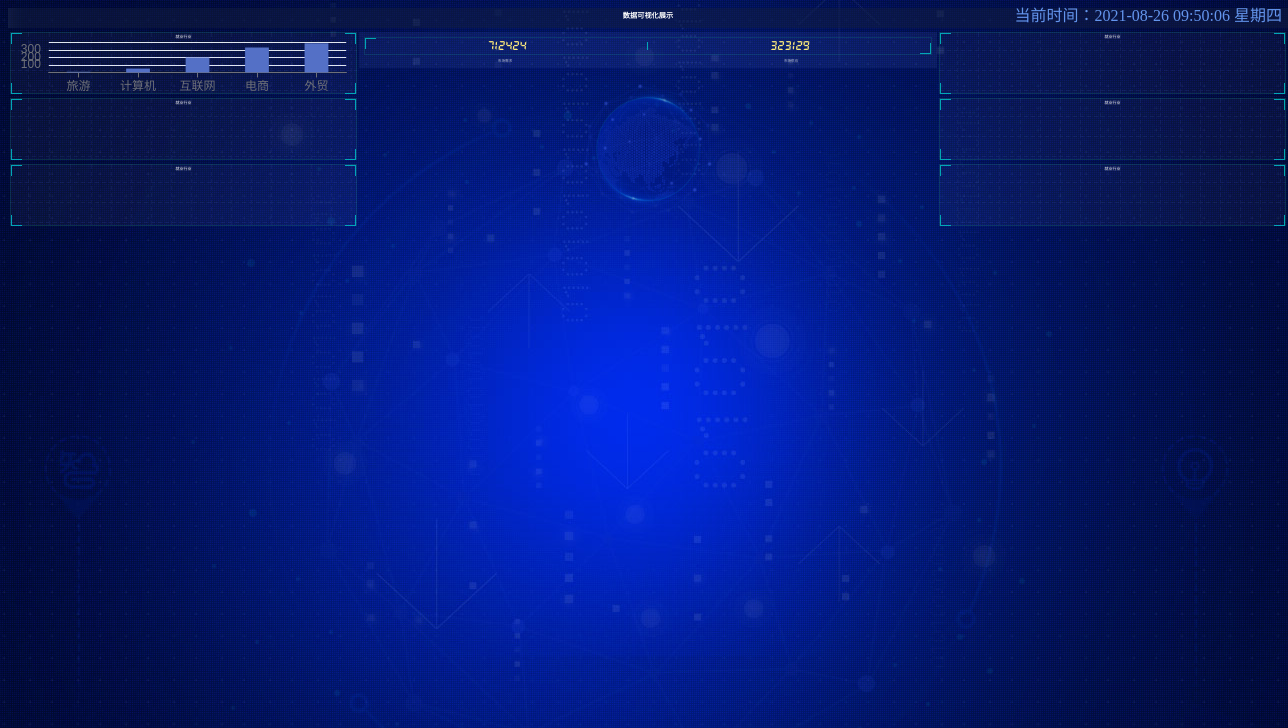
Repository: jiang-1990/DataVM
Page: /
The author's editor kept a copy of each file at every save. The page is drawn from the files as they stood at one save, then again after the next save.
The browser window is 1280 px wide. The page is 1288 px wide, so the pictures cover 1288 px, including what lies to the right of the window. The pictures show the whole page.
The project was rebuilt for these pictures with package versions that can differ from the ones it lists, and the page was loaded fresh each time.

Above is the page before, as saved 2021-08-26 09:52:19.

### index.html
<!DOCTYPE html>
<html>
  <head>
    <meta charset="utf-8">
    <meta name="viewport" content="width=device-width,initial-scale=1.0">
    <title>mydatam</title>
  </head>
  <body>
    <div id="app"></div>
    <!-- built files will be auto injected -->
  </body>
</html>

### src/main.js
// The Vue build version to load with the `import` command
// (runtime-only or standalone) has been set in webpack.base.conf with an alias.
import Vue from 'vue'
import App from './App'
import router from './router'
import 'lib-flexible/flexible.js'
//声明字体
import './font/font.css'

Vue.config.productionTip = false

/* eslint-disable no-new */
new Vue({
  el: '#app',
  router,
  components: { App },
  template: '<App/>'
})

### src/App.vue
<template>
  <div id="app">
    <router-view/>
  </div>
</template>

<script>
export default {
  name: 'App'
}
</script>

<style>
body{
  background-image: url('assets/bg.jpg') ;
  background-Repeat : 'no-repeat';
  background-Size : '100% 100%';
  background-position: center;/* 背景图随屏幕尺寸变化 背景图两边隐藏 图片不压缩 */
}
html,body {
  width: 100%;
  height: 100%;
}

</style>

### src/router/index.js
import Vue from 'vue'
import Router from 'vue-router'
import bigScreen from '@/components/bigScreen'

Vue.use(Router)

export default new Router({
  routes: [
    {
      path: '/',
      name: 'bigScreen',
      component: bigScreen
    }
  ]
})

### src/font/font.css
 /* 声明字体 */
@font-face {
    font-family: 'electronicFont';
    src: url(./DS-DIGIT.ttf);
}

### src/components/bigScreen.vue
<template>
  <div>
    <div class="top">
      <h1>数据可视化展示</h1>
      <span class="time">当前时间：{{ date | dateFormat }}</span>
    </div>
    <div class="mainBox">
      <div class="culonm">
        <div class="panl bar">
          <h2>就业行业</h2>
          <div class="chart" id="bar_l"></div>
          <div class="zhuanjiao"></div>
        </div>

        <div class="panl line">
          <h2>就业行业</h2>
          <div class="chart"></div>
          <div class="zhuanjiao"></div>
        </div>

        <div class="panl pie">
          <h2>就业行业</h2>
          <div class="chart"></div>
          <div class="zhuanjiao"></div>
        </div>
      </div>
      <div class="culonm">
        <div class="num">
          <div class="num-hd">
            <ul>
              <li>712424</li>
              <li>323129</li>
            </ul>
          </div>
          <div class="num-bd">
            <ul>
              <li>市场需求</li>
              <li>市场供应</li>
            </ul>
          </div>
        </div>
        <div class="map">
          <div class="map1"></div>
          <div class="map2"></div>
          <div class="map3"></div>
          <div class="chart"></div>
        </div>
      </div>
      <div class="culonm">
        <div class="panl bar">
          <h2>就业行业</h2>
          <div class="chart"></div>
          <div class="zhuanjiao"></div>
        </div>

        <div class="panl line">
          <h2>就业行业</h2>
          <div class="chart"></div>
          <div class="zhuanjiao"></div>
        </div>

        <div class="panl pie">
          <h2>就业行业</h2>
          <div class="chart"></div>
          <div class="zhuanjiao"></div>
        </div>
      </div>
    </div>
    <!-- <div id="myChart" style="width:1920px; height: 400px;"></div> -->
  </div>
</template>

<script>
// 引入echarts
var echarts = require("echarts");
export default {
  data() {
    return {
      date: new Date(), //当前日期
    };
  },
  // 定义一个局部的过滤器，格式化当前时间
  filters: {
    dateFormat: (dateTime) => {
      var now = new Date(dateTime);
      var y = now.getFullYear();
      var m = (now.getMonth() + 1).toString().padStart(2, "0");
      var d = now.getDate().toString().padStart(2, "0");
      var hh = now.getHours().toString().padStart(2, "0");
      var mm = now.getMinutes().toString().padStart(2, "0");
      var ss = now.getSeconds().toString().padStart(2, "0");
      let week = now.getDay(); // 星期
      let weekArr = [
        "星期日",
        "星期一",
        "星期二",
        "星期三",
        "星期四",
        "星期五",
        "星期六",
      ];
      // 过滤器中要有返回值
      return `${y}-${m}-${d} ${hh}:${mm}:${ss} ${weekArr[week]}`;
    },
  },
  mounted() {
    this.createchart();
    var _this = this;
    this.timer = setInterval(() => {
      _this.date = new Date(); // 修改日期数据
    }, 1000);
  },
  created() {},
  methods: {
    createchart() {
      var myChart = echarts.init(document.getElementById("bar_l"));
      var option;
      option = {
        tooltip: {
          trigger: "axis",
          axisPointer: {
            // 坐标轴指示器，坐标轴触发有效
            type: "shadow", // 默认为直线，可选为：'line' | 'shadow'
          },
        },
        grid: {
          left: "2%",
          right: "2%",
          bottom: "1%",
          top:"3%",
          containLabel: true,
        },
        xAxis: [
          {
            type: "category",
            data: ["旅游", "计算机", "互联网", "电商", "外贸"],
            axisTick: {
              alignWithLabel: true,
            },
          },
        ],
        yAxis: [
          {
            type: "value",
          },
        ],
        series: [
          {
            name: "直接访问",
            type: "bar",
            barWidth: "40%",
            data: [10, 52, 200, 334, 390],
          },
        ],
      };
      myChart.setOption(option);
    },
  },
};
</script>

<style scoped>
@import "../css/bigScreen.css";
</style>

### src/css/bigScreen.css
* {
  margin: 0;
  padding: 0;
  box-sizing: border-box;
}
li {
  list-style-type: none;
}
.top {
  height: 1.25rem;
  background: url(../assets/head_bg.png) no-repeat;
  box-sizing: 100% 100%;
  position: relative;
}
.top h1 {
  font-size: 0.45rem;
  line-height: 1rem;
  color: #ffffff;
  text-align: center;
}
.top .time {
  line-height: 0.9375rem;
  position: absolute;
  right: 0.375rem;
  top: 0;
  color: cornflowerblue;
}
.mainBox {
  min-width: 1024px;
  max-width: 1920px;
  margin: 0 auto;
  display: flex;
  padding: 0.25rem 0.125rem 0;
}
.mainBox .culonm {
  flex: 3;
}
.mainBox .culonm:nth-child(2) {
  flex: 5;
  margin: 0 0.125rem 0.1875rem;
}
.mainBox .panl {
  position: relative;
  height: 3.875rem;
  border: 0.0125rem solid rgba(25, 186, 139, 0.17);
  background: url(../assets/line.png) rgba(255, 255, 255, 0.03);
  padding: 0 0.1875rem 0.25rem;
  margin-bottom: 0.25rem;
}
.mainBox .panl::before {
  position: absolute;
  top: 0;
  left: 0;
  width: 10px;
  height: 10px;
  border-left: 1px solid #02a6b5;
  border-top: 1px solid #02a6b5;
  content: "";
}
.mainBox .panl::after {
  position: absolute;
  top: 0;
  right: 0;
  width: 10px;
  height: 10px;
  border-right: 1px solid #02a6b5;
  border-top: 1px solid #02a6b5;
  content: "";
}
.mainBox .panl .zhuanjiao {
  width: 100%;
  height: 10px;
  position: absolute;
  bottom: 0px;
  left: 0;
}
.mainBox .panl .zhuanjiao::before {
  position: absolute;
  top: 0;
  left: 0;
  width: 10px;
  height: 10px;
  border-left: 1px solid #02a6b5;
  border-bottom: 1px solid #02a6b5;
  content: "";
}
.mainBox .panl .zhuanjiao::after {
  position: absolute;
  top: 0;
  right: 0;
  width: 10px;
  height: 10px;
  border-right: 1px solid #02a6b5;
  border-bottom: 1px solid #02a6b5;
  content: "";
}
.mainBox .panl h2 {
  font-size: 0.25rem;
  color: #ffffff;
  line-height: 0.5rem;
  text-align: center;
  height: 0.5rem;
  font-weight: 400;
}
.mainBox .panl .chart {
  height: 3.25rem;
}
.mainBox .num {
  background: rgba(101, 132, 226, 0.1);
  padding: 0.1875rem;
}
.mainBox .num .num-hd {
  position: relative;
  margin: 0.125rem;
  border: 1px solid rgba(25, 186, 139, 0.17);
}
.mainBox .num .num-hd::before {
  position: absolute;
  top: 0;
  left: 0;
  width: 10px;
  height: 10px;
  border-left: 1px solid #02a6b5;
  border-top: 1px solid #02a6b5;
  content: "";
}
.mainBox .num .num-hd::after {
  position: absolute;
  bottom: 0;
  right: 0;
  width: 10px;
  height: 10px;
  border-right: 1px solid #02a6b5;
  border-bottom: 1px solid #02a6b5;
  content: "";
}
.mainBox .num .num-hd ul {
  display: flex;
}
.mainBox .num .num-hd ul li {
  flex: 1;
  line-height: 1rem;
  font-size: 0.875rem;
  color: #ffeb7b;
  text-align: center;
  font-family: electronicFont;
}
.mainBox .num .num-hd ul li:nth-child(1) {
  position: relative;
}
.mainBox .num .num-hd ul li:nth-child(1)::after {
  position: absolute;
  top: 25%;
  right: 0;
  height: 50%;
  border-right: 1px solid #02a6b5;
  content: "";
}
.mainBox .num .num-bd {
  position: relative;
}
.mainBox .num .num-bd ul {
  display: flex;
}
.mainBox .num .num-bd ul li {
  flex: 1;
  line-height: 0.5rem;
  font-size: 0.225rem;
  color: rgba(255, 255, 255, 0.7);
  text-align: center;
}
.mainBox .map {
  height: 10.125rem;
  position: relative;
}
.mainBox .map .map1 {
  width: 6.475rem;
  height: 6.475rem;
  position: absolute;
  top: 50%;
  left: 50%;
  transform: translate(-50%, -50%);
  background: url(../assets/map.png);
  background-size: 100% 100%;
  opacity: 0.3;
}
.mainBox .map .map2 {
  width: 8.0375rem;
  height: 8.0375rem;
  position: absolute;
  top: 50%;
  left: 50%;
  transform: translate(-50%, -50%);
  background: url(../assets/lbx.png);
  background-size: 100% 100%;
  animation: rotatel1 20s linear infinite;
  opacity: 0.6;
}
@keyframes rotatel1 {
  from {
    transform: translate(-50%, -50%) rotate(0deg);
  }
  to {
    transform: translate(-50%, -50%) rotate(360deg);
  }
}
.mainBox .map .map3 {
  width: 7.075rem;
  height: 7.075rem;
  position: absolute;
  top: 50%;
  left: 50%;
  transform: translate(-50%, -50%);
  background: url(../assets/jt.png);
  background-size: 100% 100%;
  animation: rotatel2 15s linear infinite;
  opacity: 0.6;
}
@keyframes rotatel2 {
  from {
    transform: translate(-50%, -50%) rotate(0deg);
  }
  to {
    transform: translate(-50%, -50%) rotate(-360deg);
  }
}
.mainBox .map .chart {
  height: 10.125rem;
}

After the next save:
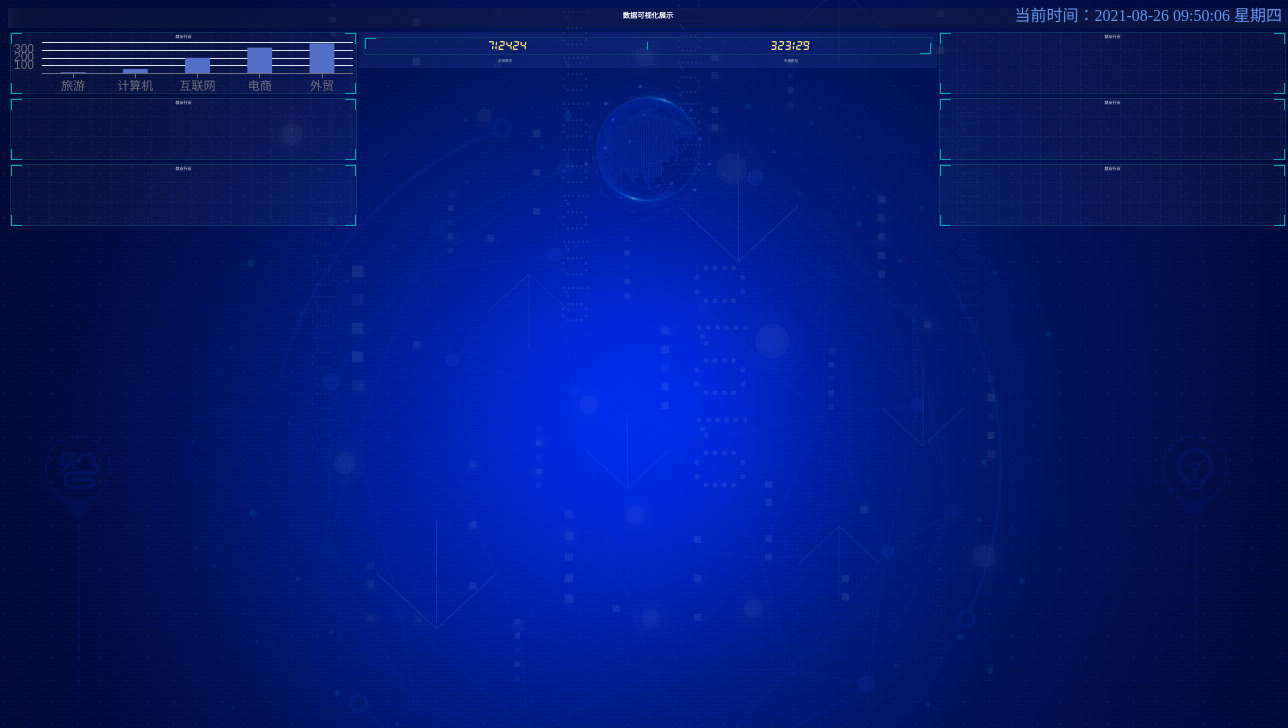
Saved 34 s later.
--- a/src/components/bigScreen.vue
+++ b/src/components/bigScreen.vue
@@ -124,9 +124,9 @@ export default {
           },
         },
         grid: {
-          left: "2%",
-          right: "2%",
-          bottom: "1%",
+          left: "0%",
+          right: "0%",
+          bottom: "0%",
           top:"3%",
           containLabel: true,
         },
